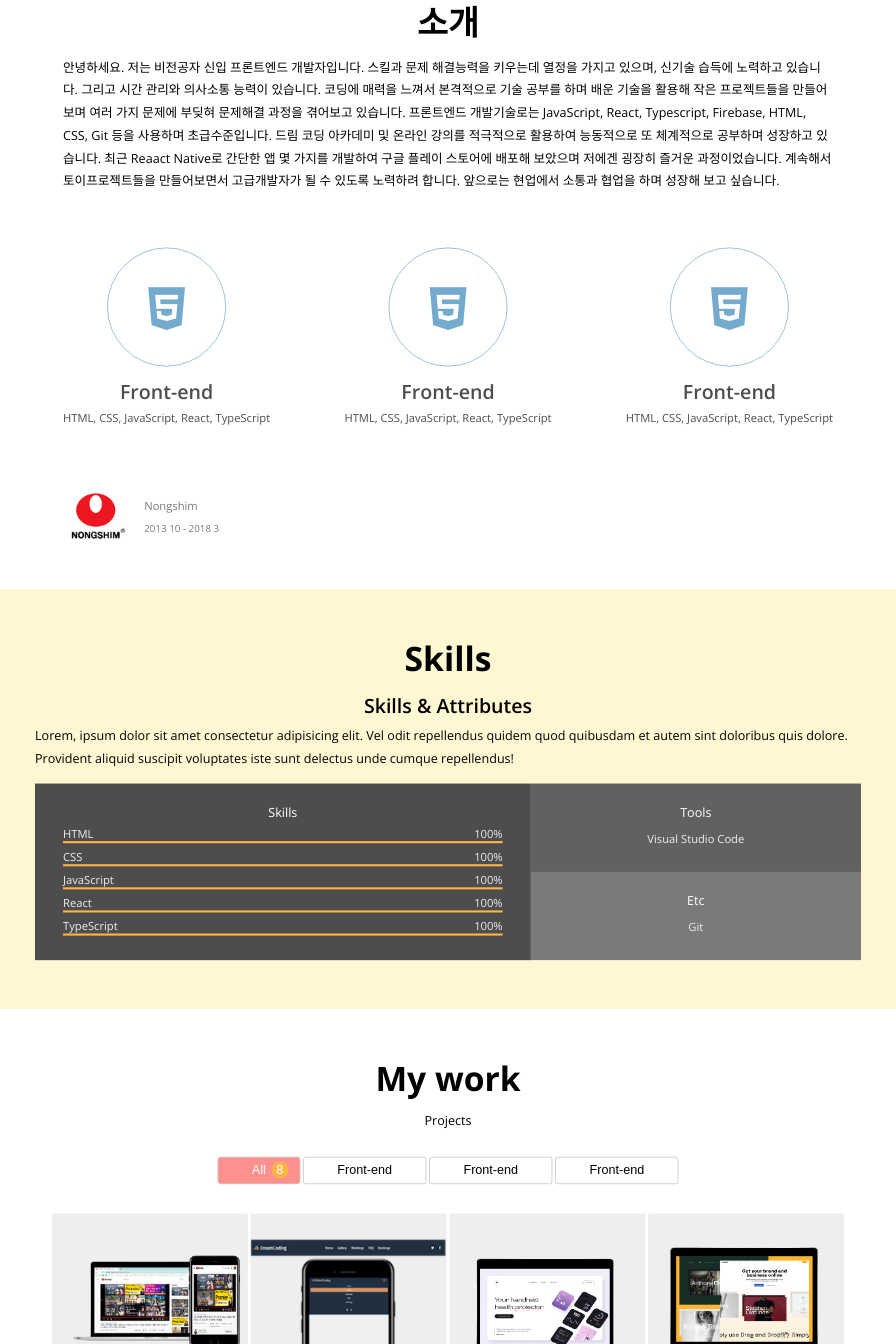
Repository: beomsu9696/Dream_Coding_Academy4
Page: index.html
The author's editor kept a copy of each file at every save. The page is drawn from the files as they stood at one save, then again after the next save.
The browser window is 1280 px wide. The pictures show the part of the page from y = 801 to 2721 px (the page is 4198 px tall before and 4230 px after), at 70% of full size.
Some web libraries are served in a nearby version.

Above is the page before, as saved 2021-03-19 18:40:53.

### index.html
<!DOCTYPE html>
<html lang="en">
  <head>
    <meta charset="UTF-8" />
    <meta name="viewport" content="width=device-width, initial-scale=1.0" />
    <title>김범수 포트폴리오</title>
    <meta name="description" content="Portfolio" />
    <meta name="author" content="Beomsu" />
    <link rel="icon" type="image/png" href="images/favicon.png" />
    <script
      src="https://kit.fontawesome.com/c90a48a564.js"
      crossorigin="anonymous"
    ></script>
    <link rel="preconnect" href="https://fonts.gstatic.com" />
    <link
      href="https://fonts.googleapis.com/css2?family=Open+Sans:wght@400;600;700&display=swap"
      rel="stylesheet"
    />
    <link rel="stylesheet" href="style.css" />
    <script src="main.js" defer></script>
  </head>
  <body>
    <!-- Navbar -->
    <nav id="navbar">
      <div class="navbar__logo">
        <i class="fab fa-diaspora"></i>
        <a href="#">김범수 포트폴리오</a>
      </div>
      <ul class="navbar__menu">
        <li class="navbar__menu__item active" data-link="#home">홈</li>
        <li class="navbar__menu__item" data-link="#about">소개</li>
        <li class="navbar__menu__item" data-link="#skills">기술</li>
        <li class="navbar__menu__item" data-link="#work">프로젝트</li>
        <li class="navbar__menu__item" data-link="#testimonials">추천사</li>
        <li class="navbar__menu__item" data-link="#contact">연락처</li>
      </ul>
      <!-- Togglle button -->
      <button class="navbar__toggle-btn">
        <i class="fas fa-bars"></i>
      </button>
    </nav>
    <!-- Home -->
    <section id="home">
      <div class="home__container">
        <img
          src="images/IMG_1234.JPG"
          alt="profile photo"
          class="home__avatar"
        />
        <h1 class="home__title">
          안녕하세요, <br />프론트엔드 개발자 김범수 입니다.
        </h1>
        <h2 class="home__description">구직중 🇰🇷</h2>
        <button class="home__contact">연락처</button>
      </div>
    </section>
    <!-- About -->
    <section id="about" class="section section__container">
      <h1>소개</h1>
      <p>
        안녕하세요. 저는 비전공자 신입 프론트엔드 개발자입니다. 스킬과 문제
        해결능력을 키우는데 열정을 가지고 있으며, 신기술 습득에 노력하고
        있습니다. 그리고 시간 관리와 의사소통 능력이 있습니다. 코딩에 매력을
        느껴서 본격적으로 기술 공부를 하며 배운 기술을 활용해 작은 프로젝트들을
        만들어 보며 여러 가지 문제에 부딪혀 문제해결 과정을 겪어보고 있습니다.
        프론트엔드 개발기술로는 JavaScript, React, Typescript, Firebase, HTML,
        CSS, Git 등을 사용하며 초급수준입니다. 드림 코딩 아카데미 및 온라인
        강의를 적극적으로 활용하여 능동적으로 또 체계적으로 공부하며 성장하고
        있습니다. 최근 Reaact Native로 간단한 앱 몇 가지를 개발하여 구글 플레이
        스토어에 배포해 보았으며 저에겐 굉장히 즐거운 과정이었습니다. 계속해서
        토이프로젝트들을 만들어보면서 고급개발자가 될 수 있도록 노력하려 합니다.
        앞으로는 현업에서 소통과 협업을 하며 성장해 보고 싶습니다.
      </p>
      <div class="about__majors">
        <div class="major">
          <div class="major__icon">
            <i class="fab fa-html5"></i>
          </div>
          <h2 class="major__title">Front-end</h2>
          <div class="major__description">
            HTML, CSS, JavaScript, React, TypeScript
          </div>
        </div>
        <div class="major">
          <div class="major__icon">
            <i class="fab fa-html5"></i>
          </div>
          <h2 class="major__title">Front-end</h2>
          <div class="major__description">
            HTML, CSS, JavaScript, React, TypeScript
          </div>
        </div>
        <div class="major">
          <div class="major__icon">
            <i class="fab fa-html5"></i>
          </div>
          <h2 class="major__title">Front-end</h2>
          <div class="major__description">
            HTML, CSS, JavaScript, React, TypeScript
          </div>
        </div>
      </div>
      <div class="about__jobs">
        <div class="job">
          <img
            src="images/jobs/logo-nongshim.png"
            alt="nongshim"
            class="job__logo"
          />
          <div class="job__description">
            <p class="job__name">Nongshim</p>
            <p class="job__period">2013 10 - 2018 3</p>
          </div>
        </div>
        <div class="job">
          <img src="" alt="" class="job__logo" />
          <div class="job__description">
            <p class="job__name"></p>
            <p class="job__period"></p>
          </div>
        </div>
      </div>
    </section>
    <!-- Skills -->
    <section id="skills" class="section">
      <div class="section__container">
        <h1>Skills</h1>
        <h2>Skills & Attributes</h2>
        <p>
          Lorem, ipsum dolor sit amet consectetur adipisicing elit. Vel odit
          repellendus quidem quod quibusdam et autem sint doloribus quis dolore.
          Provident aliquid suscipit voluptates iste sunt delectus unde cumque
          repellendus!
        </p>
        <div class="skillset">
          <div class="skillset__left">
            <h3 class="skillset__title">Skills</h3>
            <div class="skill">
              <div class="skill__description">
                <span>HTML</span>
                <span>100%</span>
              </div>
              <!-- <progress value="100" max="100"></progress> -->
              <div class="skill__bar">
                <div class="skill__value" style="width: 100%"></div>
              </div>
            </div>
            <div class="skill">
              <div class="skill__description">
                <span>CSS</span>
                <span>100%</span>
              </div>
              <div class="skill__bar">
                <div class="skill__value"></div>
              </div>
            </div>
            <div class="skill">
              <div class="skill__description">
                <span>JavaScript</span>
                <span>100%</span>
              </div>
              <div class="skill__bar">
                <div class="skill__value"></div>
              </div>
            </div>
            <div class="skill">
              <div class="skill__description">
                <span>React</span>
                <span>100%</span>
              </div>
              <div class="skill__bar">
                <div class="skill__value"></div>
              </div>
            </div>
            <div class="skill">
              <div class="skill__description">
                <span>TypeScript</span>
                <span>100%</span>
              </div>
              <div class="skill__bar">
                <div class="skill__value"></div>
              </div>
            </div>
          </div>
          <div class="skillset__right">
            <div class="tools">
              <h3 class="skillset__title">Tools</h3>
              <ul class="tools__list">
                <li><span>Visual Studio Code</span></li>
              </ul>
            </div>
            <div class="etc">
              <h3 class="skillset__title">Etc</h3>
              <ul class="etc__list">
                <li><span>Git</span></li>
              </ul>
            </div>
          </div>
        </div>
      </div>
    </section>
    <!-- Work -->
    <section id="work" class="section">
      <div class="section__container">
        <h1>My work</h1>
        <h3>Projects</h3>
        <div class="work__categories">
          <button class="category__btn selected" data-filter="*">
            All <span class="category__count">8</span>
          </button>
          <button class="category__btn" data-filter="front-end1">
            Front-end <span class="category__count">1</span>
          </button>
          <button class="category__btn" data-filter="front-end2">
            Front-end <span class="category__count">1</span>
          </button>
          <button class="category__btn" data-filter="front-end3">
            Front-end <span class="category__count">1</span>
          </button>
        </div>
        <div class="work__projects">
          <a href="#" class="project" target="_blank" data-type="front-end1">
            <img
              class="project__img"
              src="images/projects/project1.png"
              alt="Project1"
            />
            <div class="project__description">
              <h3>Project</h3>
              <span>Clone coding with HTML and CSS</span>
            </div>
          </a>
          <a href="#" class="project" target="_blank" data-type="front-end2">
            <img
              class="project__img"
              src="images/projects/project2.png"
              alt="Project2"
            />
            <div class="project__description">
              <h3>Project</h3>
              <span>Clone coding with HTML and CSS</span>
            </div>
          </a>
          <a href="#" class="project" target="_blank" data-type="front-end3">
            <img
              class="project__img"
              src="images/projects/project3.png"
              alt="Project3"
            />
            <div class="project__description">
              <h3>Project</h3>
              <span>Clone coding with HTML and CSS</span>
            </div>
          </a>
          <a href="#" class="project" target="_blank">
            <img
              class="project__img"
              src="images/projects/project4.png"
              alt="Project4"
            />
            <div class="project__description">
              <h3>Project</h3>
              <span>Clone coding with HTML and CSS</span>
            </div>
          </a>
          <a href="#" class="project" target="_blank">
            <img
              class="project__img"
              src="images/projects/project5.png"
              alt="Project5"
            />
            <div class="project__description">
              <h3>Project</h3>
              <span>Clone coding with HTML and CSS</span>
            </div>
          </a>
          <a href="#" class="project" target="_blank">
            <img
              class="project__img"
              src="images/projects/project6.png"
              alt="Project6"
            />
            <div class="project__description">
              <h3>Project</h3>
              <span>Clone coding with HTML and CSS</span>
            </div>
          </a>
          <a href="#" class="project" target="_blank">
            <img
              class="project__img"
              src="images/projects/project7.png"
              alt="Project7"
            />
            <div class="project__description">
              <h3>Project</h3>
              <span>Clone coding with HTML and CSS</span>
            </div>
          </a>
          <a href="#" class="project" target="_blank">
            <img
              class="project__img"
              src="images/projects/project8.png"
              alt="Project8"
            />
            <div class="project__description">
              <h3>Project</h3>
              <span>Clone coding with HTML and CSS</span>
            </div>
          </a>
        </div>
      </div>
    </section>
    <!-- Testimonials -->
    <section id="testimonials" class="section">
      <div class="section__container">
        <h1>Testimonials</h1>
        <h3>See what they say about me</h3>
        <div class="testimonials">
          <div class="testimonial">
            <img
              src="images/pig.jpg"
              alt="People"
              class="testimonial__avatar"
            />
            <div class="testimonial__speech-bubble">
              <p>
                Lorem ipsum dolor sit amet consectetur adipisicing elit.
                Corporis sequi mollitia odit commodi, neque illo. Voluptatum
                possimus illum qui dolores optio porro ipsa doloribus atque
                tenetur voluptas, distinctio nulla sit?
              </p>
              <p class="name"><a href="#">Man</a>Google</p>
            </div>
          </div>
          <div class="testimonial">
            <div class="testimonial__speech-bubble">
              <p>
                Lorem ipsum dolor sit amet consectetur adipisicing elit.
                Corporis sequi mollitia odit commodi, neque illo. Voluptatum
                possimus illum qui dolores optio porro ipsa doloribus atque
                tenetur voluptas, distinctio nulla sit?
              </p>
              <p class="name"><a href="#">Man</a>Google</p>
            </div>
            <img
              src="images/pig.jpg"
              alt="People"
              class="testimonial__avatar"
            />
          </div>
        </div>
      </div>
    </section>
    <!-- Contact -->
    <section id="contact" class="section">
      <h1 class="contact__title">Let's talk</h1>
      <h2 class="contact__email">복덩이@gmail.com</h2>
      <div class="contact__links">
        <a href="#" target="_blank">
          <i class="fab fa-github"></i>
        </a>
        <a href="#" target="_blank">
          <i class="fab fa-linkedin"></i>
        </a>
      </div>
      <p class="contact__rights">
        2021 Dream Coding Ellie - All rights reserved
      </p>
    </section>
    <!-- Arrow up -->
    <button class="arrow-up">
      <i class="fa fa-arrow-up"></i>
    </button>
  </body>
</html>

### style.css
/* Universal tags */
* {
  box-sizing: border-box;
}

body {
  margin: 0;
  font-family: "Open Sans", sans-serif;
  cursor: default;
}

a {
  text-decoration: none;
  color: var(--color-white);
}

ul {
  list-style: none;
  padding-left: 0;
}

button {
  outline: none;
  background-color: transparent;
  cursor: pointer;
  border: none;
  padding: 0;
}

p {
  line-height: 1.8;
  text-align: left;
}

/* Global */
:root {
  /* Color */
  --color-white: #ffffff;
  --color-light-white: #eeeeee;
  --color-dark-white: #bdbdbd;
  --color-pink: #fe918d;
  --color-dark-pink: #ff6863;
  --color-dark-grey: #4d4d4d;
  --color-grey: #616161;
  --color-light-grey: #7c7979;
  --color-blue: #73aace;
  --color-yellow: #fff7d1;
  --color-orange: #feb546;
  --color-black: #000000;

  /* Font size */
  --font-large: 48px;
  --font-medium: 28px;
  --font-regular: 18px;
  --font-small: 16px;
  --font-micro: 14px;

  /* Font weight */
  --weight-bold: 700;
  --weight-semi-bold: 600;
  --weight-regular: 400;

  /* Size */
  --size-border-radius: 4px;

  /* Animation */
  --animation-duration: 300ms;
}

/* Typography */

h1 {
  font-size: var(--font-large);
  font-weight: var(--weight-bold);
  color: var(--color-black);
  margin: 16px 0px;
}

h2 {
  font-size: var(--font-medium);
  font-weight: var(--weight-semi-bold);
  color: var(--color-black);
  margin: 8px 0;
}

h3 {
  font-size: var(--font-regular);
  font-weight: var(--weight-regular);
  color: var(--color-black);
  margin: 8px 0;
}

p {
  font-size: var(--font-regular);
  font-weight: var(--weight-regular);
  color: var(--color-black);
  margin: 4px 0;
}

/* Navbar */
#navbar {
  position: fixed;
  width: 100%;
  display: flex;
  justify-content: space-between;
  align-items: center;
  color: var(--color-white);
  padding: 16px;
  background-color: transparent;
  transition: all var(--animation-duration) ease-in-out;
  z-index: 1;
}

#navbar.navbar--dark {
  background-color: var(--color-pink);
  padding: 8px;
}

.navbar__menu {
  display: flex;
}

.navbar__logo {
  font-size: var(--font-medium);
  font-weight: var(--weight-semi-bold);
}

.navbar__menu__item {
  padding: 8px 12px;
  margin: 0 4px;
  cursor: pointer;
  border-radius: var(--size-border-radius);
  border: 1px solid transparent;
}

.navbar__menu__item.active {
  border: 1px solid var(--color-white);
}

.navbar__menu__item:hover {
  border: 1px solid var(--color-white);
  background-color: var(--color-dark-pink);
}

.navbar__toggle-btn {
  position: absolute;
  top: 24px;
  right: 32px;
  font-size: 24px;
  color: var(--color-white);
  display: none;
}

/* Home */
#home {
  background: center/cover no-repeat url(images/homebackground.png);
  padding: 40px;
  padding-top: 120px;
  text-align: center;
}

.home__avatar {
  width: 250px;
  height: 250px;
  border-radius: 50%;
  border: 2px solid var(--color-light-white);
  object-fit: cover;
}

.home__title,
.home__description {
  color: var(--color-white);
}

.home__contact {
  color: var(--color-white);
  font-size: var(--font-regular);
  font-weight: var(--weight-bold);
  margin: 24px;
  padding: 8px 12px;
  border: 2px solid var(--color-white);
  border-radius: var(--size-border-radius);
}

.home__contact:hover {
  background-color: var(--color-orange);
}

/* Section common */
.section {
  text-align: center;
  padding: 50px;
  margin: auto;
}

.section__container {
  max-width: 1200px;
  margin: auto;
}
/* About */
.about__majors {
  display: flex;
  justify-content: space-between;
  margin: 80px 0;
}

.major__icon {
  width: 170px;
  height: 170px;
  line-height: 170px;
  font-size: 70px;
  margin: auto;
  color: var(--color-blue);
  border: 1px solid var(--color-blue);
  border-radius: 50%;
  margin-bottom: 16px;
}

.major__icon i {
  transition: all var(--animation-duration) ease;
}

.major__icon:hover i {
  color: var(--color-pink);
  transform: rotate(-30deg) scale(1.1);
}

.major__title,
.major__description {
  color: var(--color-dark-grey);
}

.major__description {
  font-size: var(--font-small);
}

.job {
  display: flex;
  align-items: center;
}

.job__description {
  margin: 0 16px;
  text-align: left;
}

.job__name,
.job__period {
  color: var(--color-light-grey);
}

.job__name {
  font-size: var(--font-small);
}

.job__period {
  font-size: var(--font-micro);
}

/* Skill */
#skills {
  background-color: var(--color-yellow);
}

.skillset {
  display: flex;
  background-color: var(--color-light-grey);
  color: var(--color-light-white);
  margin: 20px 0;
}

.skillset__title {
  color: var(--color-white);
}

.skillset__left {
  flex-basis: 60%;
  background-color: var(--color-dark-grey);
  padding: 20px 40px;
}

.skill {
  margin-bottom: 8px;
}

.skill__description {
  display: flex;
  justify-content: space-between;
}

.skill__bar {
  width: 100%;
  height: 3px;
  background-color: var(--color-grey);
}

.skill__value {
  width: 100%;
  height: 3px;
  background-color: var(--color-orange);
}

.skillset__right {
  flex-basis: 40%;
}

.tools {
  background-color: var(--color-grey);
}

.tools,
.etc {
  padding: 20px;
}

/* Work */
.work__categories {
  margin: 40px;
}

.category__btn {
  border: 1px solid var(--color-dark-white);
  border-radius: var(--size-border-radius);
  font-size: var(--font-regular);
  padding: 8px 48px;
  position: relative;
}

.category__btn.selected,
.category__btn:hover {
  background-color: var(--color-pink);
  color: var(--color-white);
}

.category__btn.selected .category__count,
.category__btn:hover .category__count {
  opacity: 1;
  top: 6px;
}

.category__count {
  background-color: var(--color-orange);
  border-radius: 50%;
  color: var(--color-white);
  width: 24px;
  height: 24px;
  line-height: 24px;
  display: inline-block;
  position: absolute;
  top: -20px;
  right: 16px;
  opacity: 0;
  transition: all var(--animation-duration) ease-in;
}

.work__projects {
  display: flex;
  flex-wrap: wrap;
  justify-content: center;
  opacity: 1;
  transition: all var(--animation-duration) ease-out;
}

.work__projects.anim-out {
  opacity: 0.6;
  transform: scale(0.96) translateY(40px);
}

.project {
  position: relative;
  display: flex;
  justify-content: center;
  align-items: center;
  width: 280px;
  height: 250px;
  margin: 2px;
  background-color: var(--color-light-white);
}

.project.invisible {
  display: none;
}

.project__img {
  max-width: 100%;
  max-height: 100%;
}

.project__description {
  position: absolute;
  background-color: black;
  display: flex;
  flex-direction: column;
  justify-content: center;
  width: 100%;
  height: 100%;
  top: 0;
  left: 0;
  opacity: 0;
  transform: translateY(10px);
  transition: all var(--animation-duration) ease-in;
}

.project:hover .project__description {
  transform: translateY(0px);
  opacity: 0.8;
}

.project__description h3 {
  color: var(--color-orange);
}

.project__description h3:after {
  content: "";
  display: block;
  position: relative;
  left: 50%;
  width: 50px;
  height: 2px;
  transform: translateX(-50%);
  margin-top: 8px;
  background-color: var(--color-dark-white);
}

/* Testimonial */
#testimonials {
  background-color: var(--color-light-white);
}

.testimonials {
  margin: 40px;
}

.testimonial {
  display: flex;
  margin: 32px 0;
}

.testimonial__avatar {
  width: 150px;
  height: 150px;
  border-radius: 50%;
}

.testimonial__avatar:nth-child(odd) {
  margin-right: 40px;
}
.testimonial__avatar:nth-child(even) {
  margin-left: 40px;
}

.testimonial__speech-bubble {
  padding: 18px;
  background-color: var(--color-white);
  border-radius: var(--size-border-radius);
}

.testimonial__speech-bubble p {
  color: var(--color-light-grey);
}

.testimonial__speech-bubble a {
  color: var(--color-pink);
}

/* Contact */
#contact {
  background-color: var(--color-pink);
}

.contact__title,
.contact__email,
.contact__rights {
  color: var(--color-white);
}

.contact__title {
  margin: 32px 0;
}

.contact__links {
  font-size: var(--font-large);
  margin: 24px 0;
}

.contact__links i {
  transition: all var(--animation-duration) ease-in;
}

.contact__links i:hover {
  transform: scale(1.1);
  color: var(--color-yellow);
}

/* Scroll */
.arrow-up {
  position: fixed;
  bottom: 50px;
  right: 50px;
  font-size: 50px;
  width: 70px;
  height: 70px;
  background-color: var(--color-pink);
  color: var(--color-white);
  border-radius: 50%;
  opacity: 0;
  transition: all 300ms ease-in;
  pointer-events: none;
}

.arrow-up.visible {
  opacity: 1;
  pointer-events: auto;
}

/* For below 768px screen width */
@media screen and (max-width: 768px) {
  :root {
    /* Font size */
    --font-large: 30px;
    --font-medium: 18px;
    --font-regular: 16px;
    --font-small: 14px;
    --font-micro: 12px;
  }

  .navbar__toggle-btn {
    display: block;
    top: 16px;
    right: 16px;
    font-size: var(--font-medium);
  }

  #navbar {
    flex-direction: column;
    align-items: flex-start;
    background-color: var(--color-pink);
  }
  #navbar.navbar--dark {
    padding: 16px;
  }
  .navbar__menu {
    flex-direction: column;
    text-align: center;
    width: 100%;
    display: none;
  }

  .navbar__menu.open {
    display: block;
  }

  .section {
    padding: 16px;
    padding-top: 40px;
  }

  .about__majors {
    flex-direction: column;
    margin-top: 30px;
    margin-bottom: 0px;
  }

  .major {
    margin-bottom: 30px;
  }

  .skillset {
    flex-direction: column;
  }

  .category__btn {
    padding: 8px;
  }

  .project {
    flex-grow: 1;
  }

  .testimonial {
    flex-direction: column;
    align-items: center;
  }

  .testmonial__avatar {
    width: 120px;
    height: 120px;
  }

  .testimonial__avatar:nth-child(even),
  .testimonial__avatar:nth-child(odd) {
    margin: 0;
    margin-bottom: 8px;
  }

  .testimonial__speech-bubble {
    order: 1;
  }

  .arrow-up {
    width: 50px;
    height: 50px;
    font-size: 30px;
    line-height: 50px;
    right: 16px;
    bottom: 16px;
  }
}
/* For below 970px screen width */
@media screen and (max-width: 970px) {
  .work__categories {
    display: flex;
    flex-direction: column;
  }

  .category__btn:nth-child(even),
  .category__btn:nth-child(3) {
    margin-top: 4px;
  }
}

Loaded but not shown: main.js (155 lines, source omitted)

After the next save:
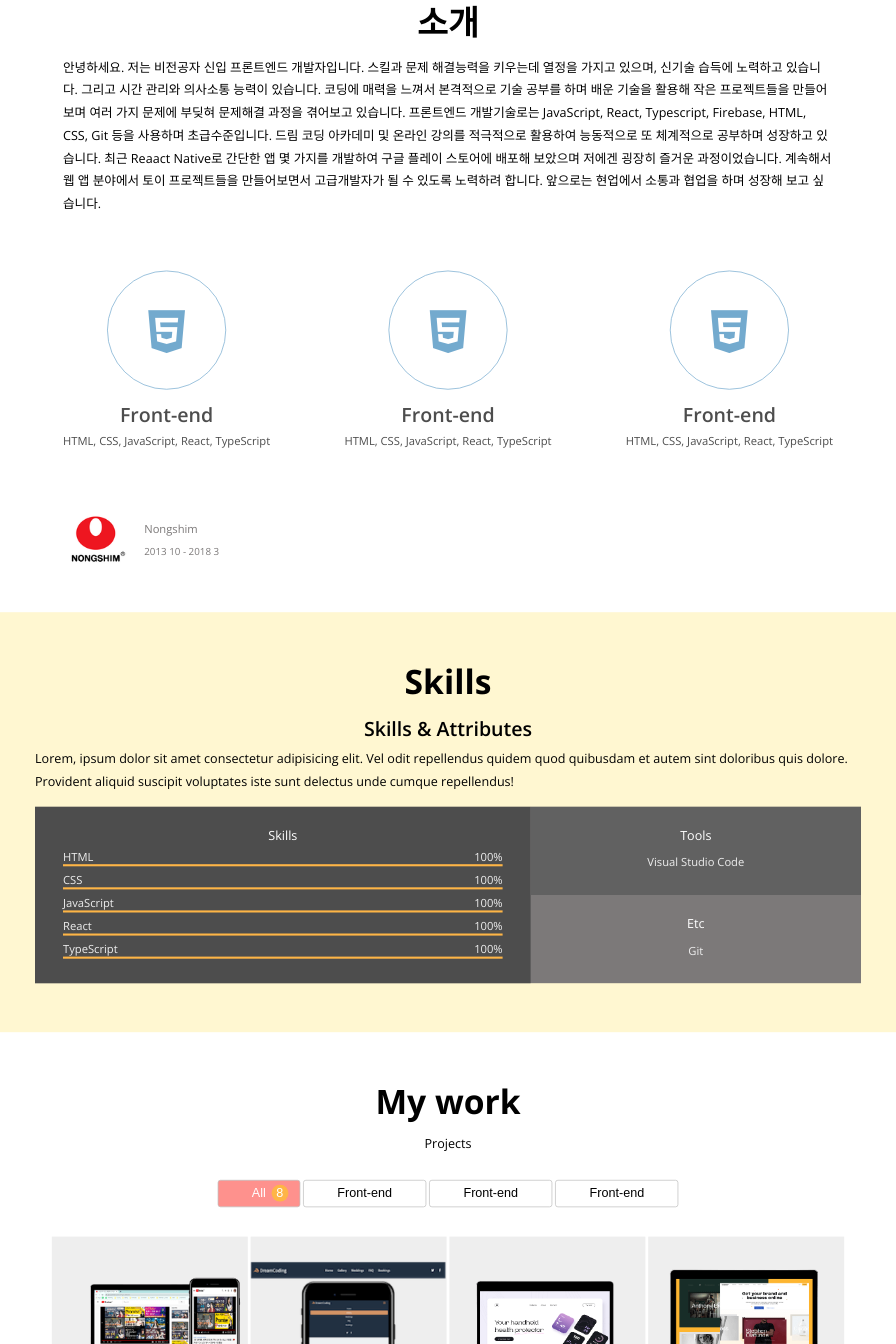
Saved 39 s later.
--- a/index.html
+++ b/index.html
@@ -68,8 +68,9 @@
         강의를 적극적으로 활용하여 능동적으로 또 체계적으로 공부하며 성장하고
         있습니다. 최근 Reaact Native로 간단한 앱 몇 가지를 개발하여 구글 플레이
         스토어에 배포해 보았으며 저에겐 굉장히 즐거운 과정이었습니다. 계속해서
-        토이프로젝트들을 만들어보면서 고급개발자가 될 수 있도록 노력하려 합니다.
-        앞으로는 현업에서 소통과 협업을 하며 성장해 보고 싶습니다.
+        웹 앱 분야에서 토이 프로젝트들을 만들어보면서 고급개발자가 될 수 있도록
+        노력하려 합니다. 앞으로는 현업에서 소통과 협업을 하며 성장해 보고
+        싶습니다.
       </p>
       <div class="about__majors">
         <div class="major">
